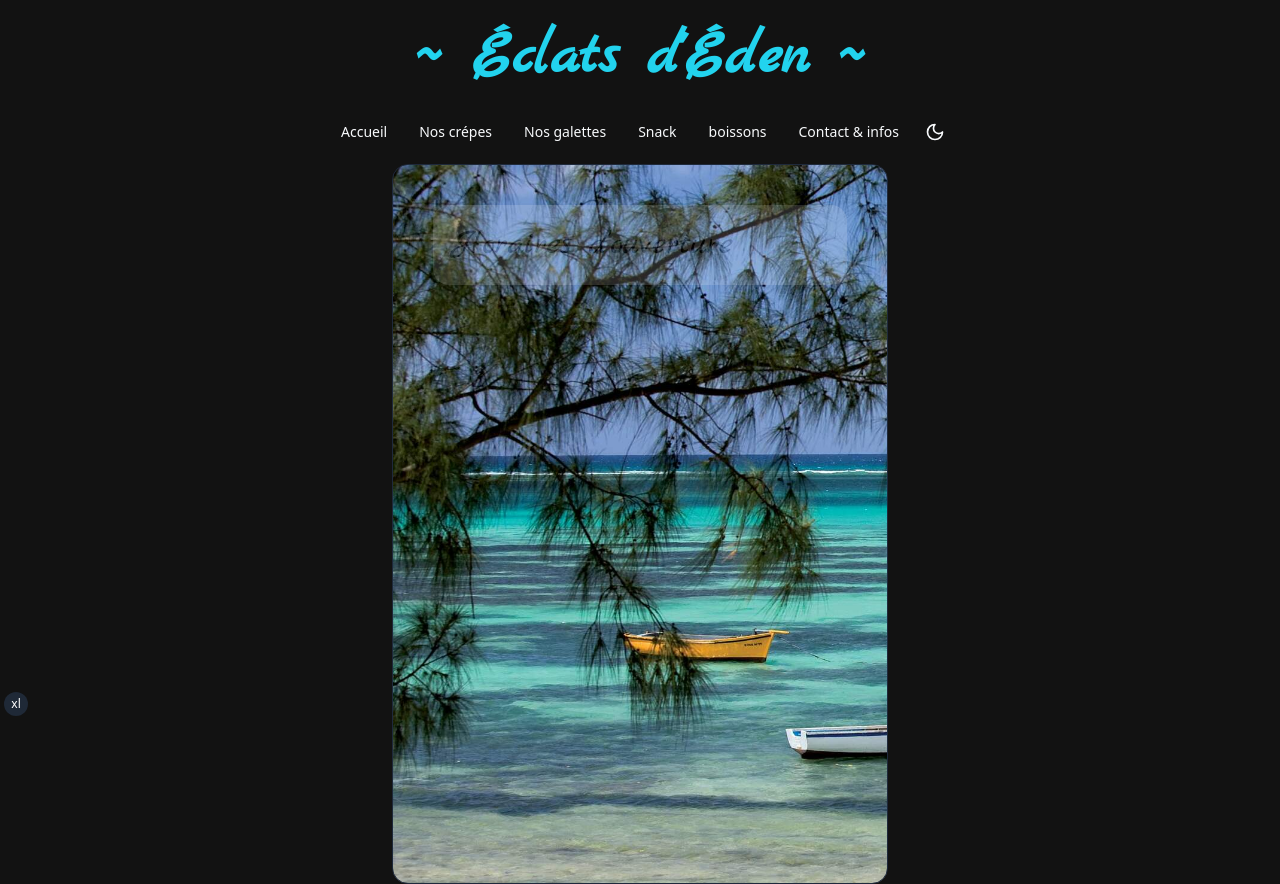
Repository: jeffMauritius/eclats-deden
Page: /schedule
An editor plug-in stored every save of this project. The page is shown before and after the next save, followed by the edit.
The browser window is 1280 px wide. The pictures show the whole page.
The project was rebuilt for these pictures with package versions that can differ from the ones it lists, and the page was loaded fresh each time. The framework's server and built-in components were replaced by stand-ins that run in the browser. Also part of the build but not shown: next.config.mjs.

Above is the page before, as saved 2024-08-13 07:17:14.

After the next save:
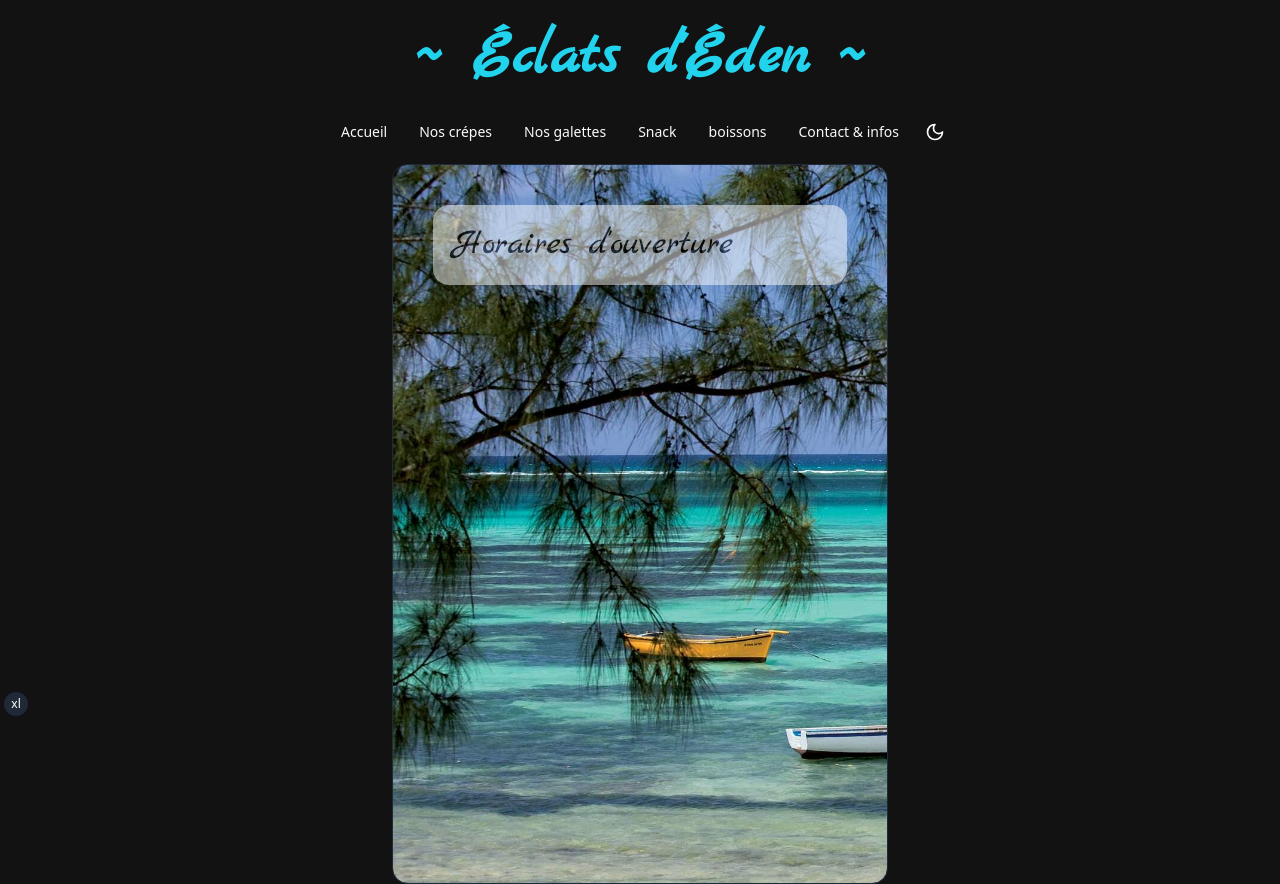
Saved 17 s later.
--- a/app/schedule/page.tsx
+++ b/app/schedule/page.tsx
@@ -3,8 +3,8 @@ const SchedulePage = () => {
     <div>
       <div className="flex justify-center">
         <div className="absolute m-auto h-screen w-2/5 rounded-2xl border bg-[url('/maurice.jpeg')] bg-cover ">
-          <div className="relative imageUrl={`bg-[url('/riz.jpeg')] bg-cover`} opacity-15">
-            <div className="m-10 h-full rounded-2xl  bg-white">
+          <div className="relative imageUrl={`bg-[url('/riz.jpeg')] bg-cover`}">
+            <div className="m-10 h-full rounded-2xl  bg-white opacity-50 ">
               <h1 className="p-5 font-display text-4xl text-black">
                 Horaires d'ouverture
               </h1>
